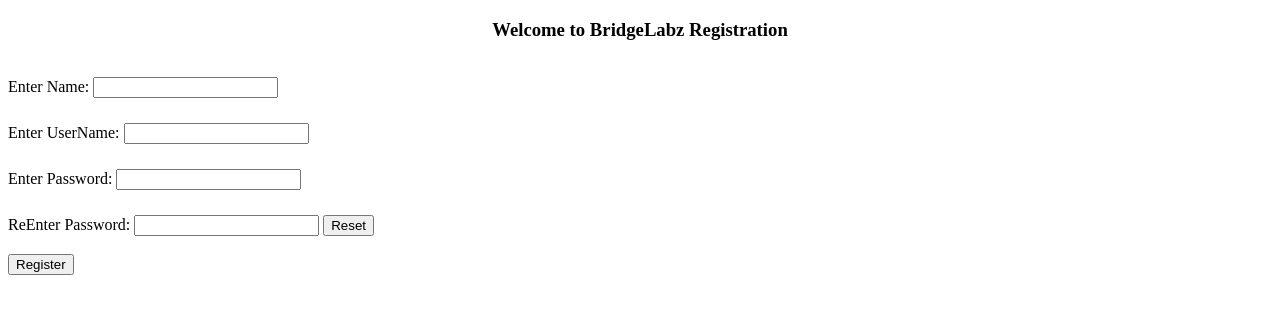
Repository: akshayrp/BridgeLabz1
Page: http://localhost/trial/Registration.jsp
These files come from the project's save history. The page is drawn as it stood at one moment and after the next save; the edit follows.
The browser window is 1280 px wide. The pictures show the whole page.
The page is served by Tomcat 9. Other server files are loaded and not shown.

Above is the page before, as saved 2019-11-04 11:26:56.

### trial/WebContent/Registration.jsp
<%@ page language="java" contentType="text/html; charset=UTF-8"
    pageEncoding="UTF-8"%>
<!DOCTYPE html>
<html>
<body>
	<h3 align="center">Welcome to BridgeLabz Registration</h3><br>
	<form action="Register" method="post">
	Enter Name: <input type="text" name="name"><h6 style="color: red">${nameErrorMessage}</h6>
	Enter UserName: <input type="text" name="uname"><h6 style="color: red">${usernameErrorMessage}</h6>
	Enter Password: <input type="text" name="pass"><h6 style="color: red">${passwordErrorMessage}</h6>
	ReEnter Password: <input type="password" name="repass">
	<input type="reset" value="Reset"/><br><br>
	<button name="Register">Register</button>
	<h6 style="color: red">${rePasswordErrorMessage}</h6>
	</form>
</body>
</html>

After the next save:
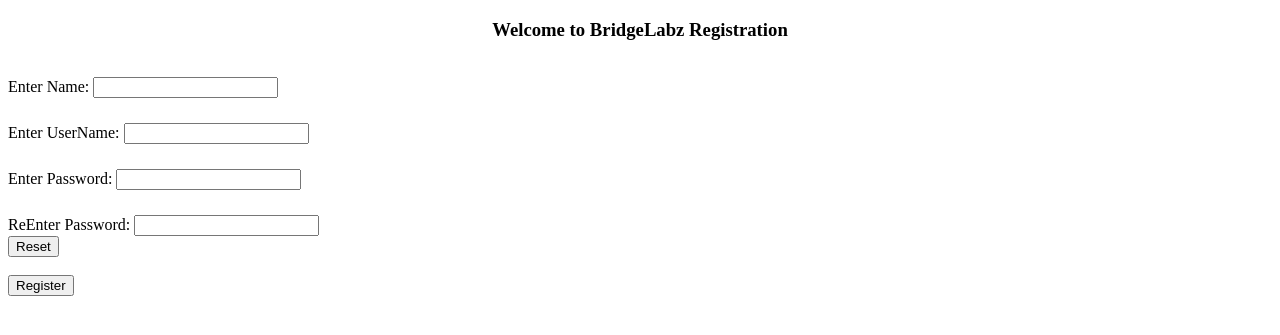
Saved 26 s later.
--- a/trial/WebContent/Registration.jsp
+++ b/trial/WebContent/Registration.jsp
@@ -8,7 +8,7 @@
 	Enter Name: <input type="text" name="name"><h6 style="color: red">${nameErrorMessage}</h6>
 	Enter UserName: <input type="text" name="uname"><h6 style="color: red">${usernameErrorMessage}</h6>
 	Enter Password: <input type="text" name="pass"><h6 style="color: red">${passwordErrorMessage}</h6>
-	ReEnter Password: <input type="password" name="repass">
+	ReEnter Password: <input type="password" name="repass"><br>
 	<input type="reset" value="Reset"/><br><br>
 	<button name="Register">Register</button>
 	<h6 style="color: red">${rePasswordErrorMessage}</h6>
